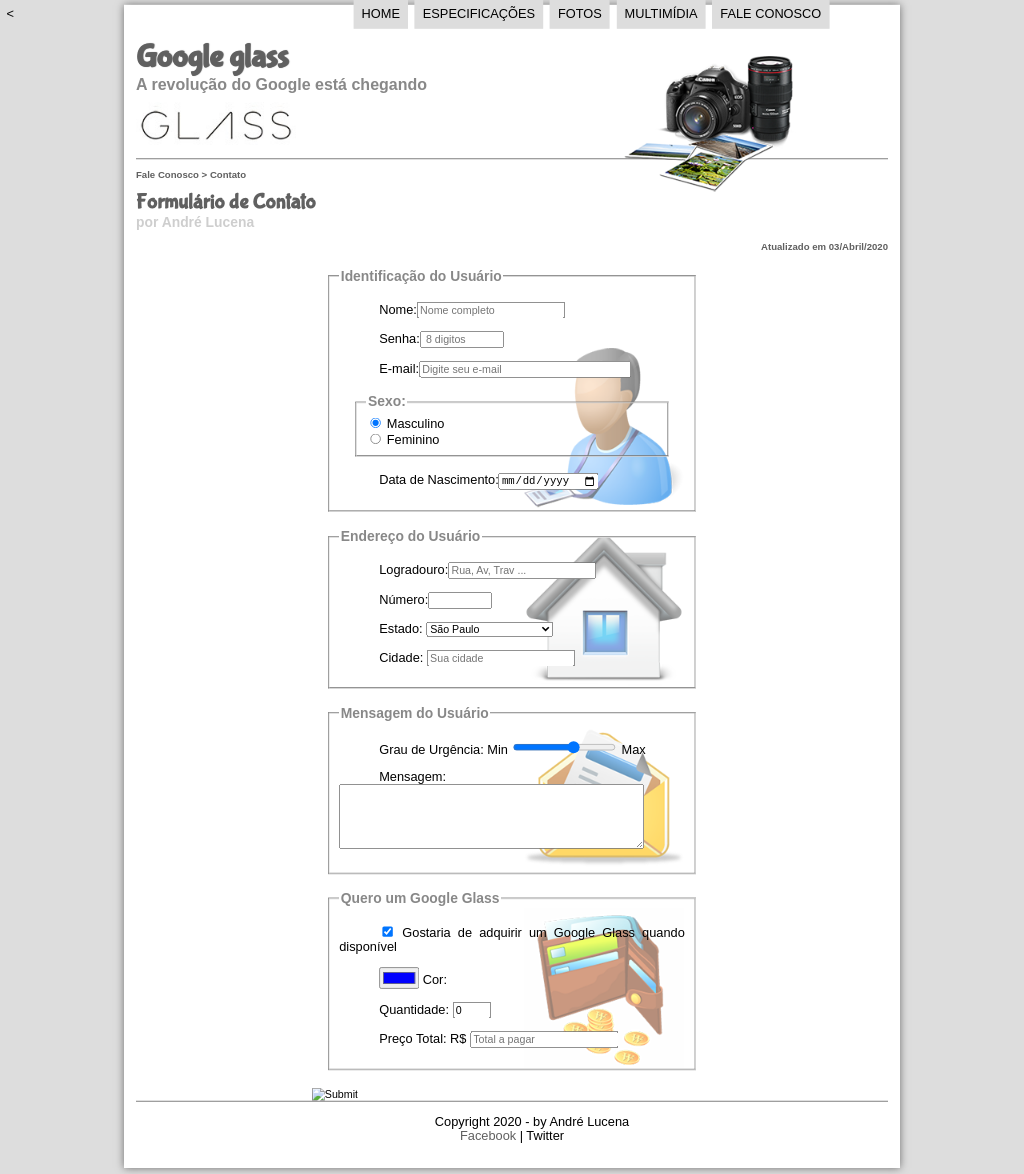
Repository: andre-lucena/Segundo-projeto
Page: Fale-conosco.html
These files come from the project's save history. The page is drawn as it stood at one moment and after the next save; the edit follows.
The browser window is 1280 px wide. The pictures show the whole page, at 80% of full size.
Some web fonts or font styles are not loaded; a fallback is used.

Above is the page before, as saved 2020-08-09 02:53:59.
Not found: _imagens/botao-enviar.png

After the next save:
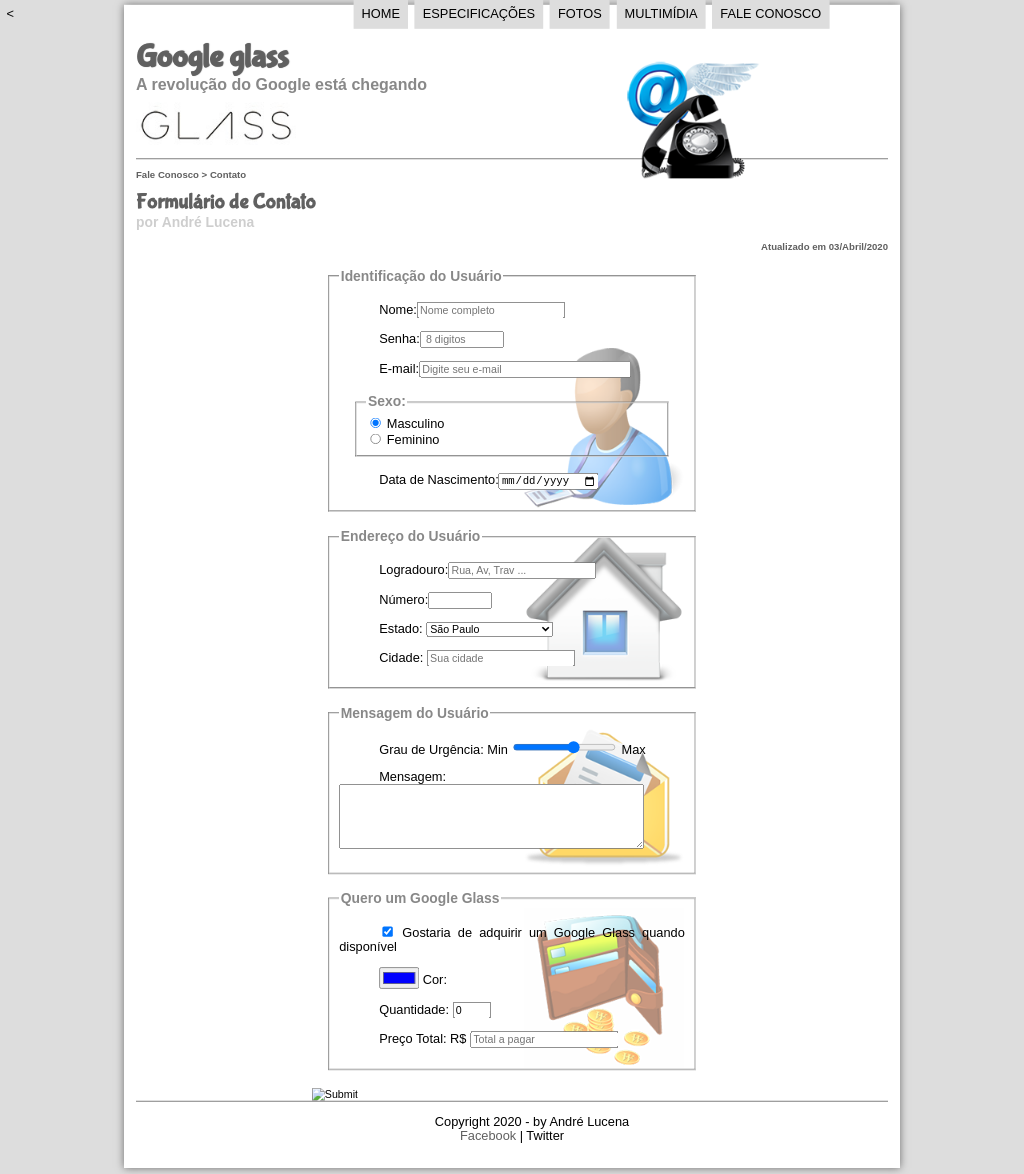
Saved 56 s later.
--- a/Fale-conosco.html
+++ b/Fale-conosco.html
@@ -23,7 +23,7 @@
                 <h1>Google glass</h1>
                 <h2>A revolução do Google está chegando</h2>
             </hgroup>
-            <img src="imagens/fotos.png" alt="Fotos" id="icone">
+            <img src="imagens/contato.png" alt="Fotos" id="icone">
             <img src="imagens/glass-logo-peq.jpg" alt="Glass" align="left" />
 
             <nav id="menu">
